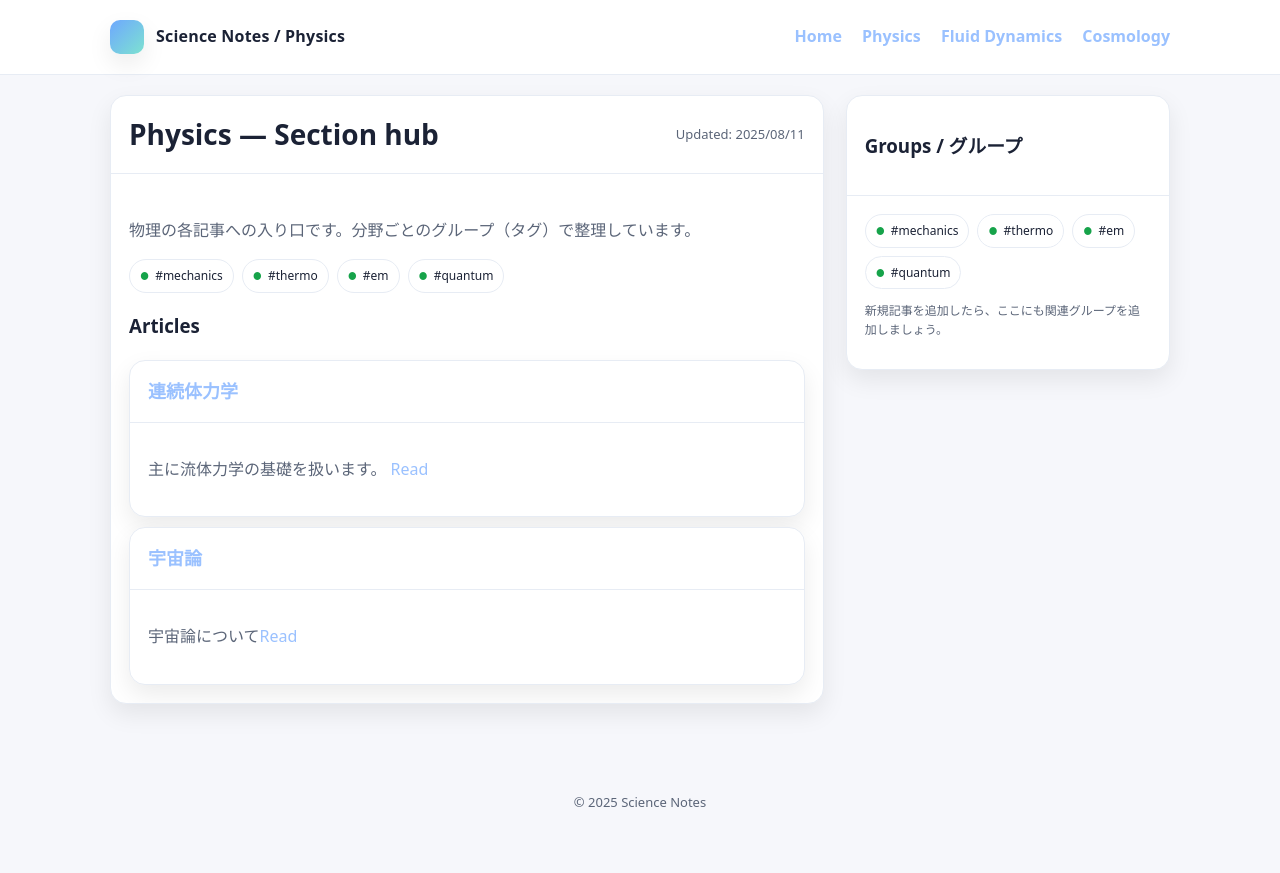
Repository: Riki-Mochimaru/tureduretunedune
Page: physics/index.html
These files come from the project's save history. The page is drawn as it stood at one moment and after the next save; the edit follows.
The browser window is 1280 px wide. The pictures show the whole page.

Above is the page before, as saved 2025-08-11 23:02:03.

After the next save:
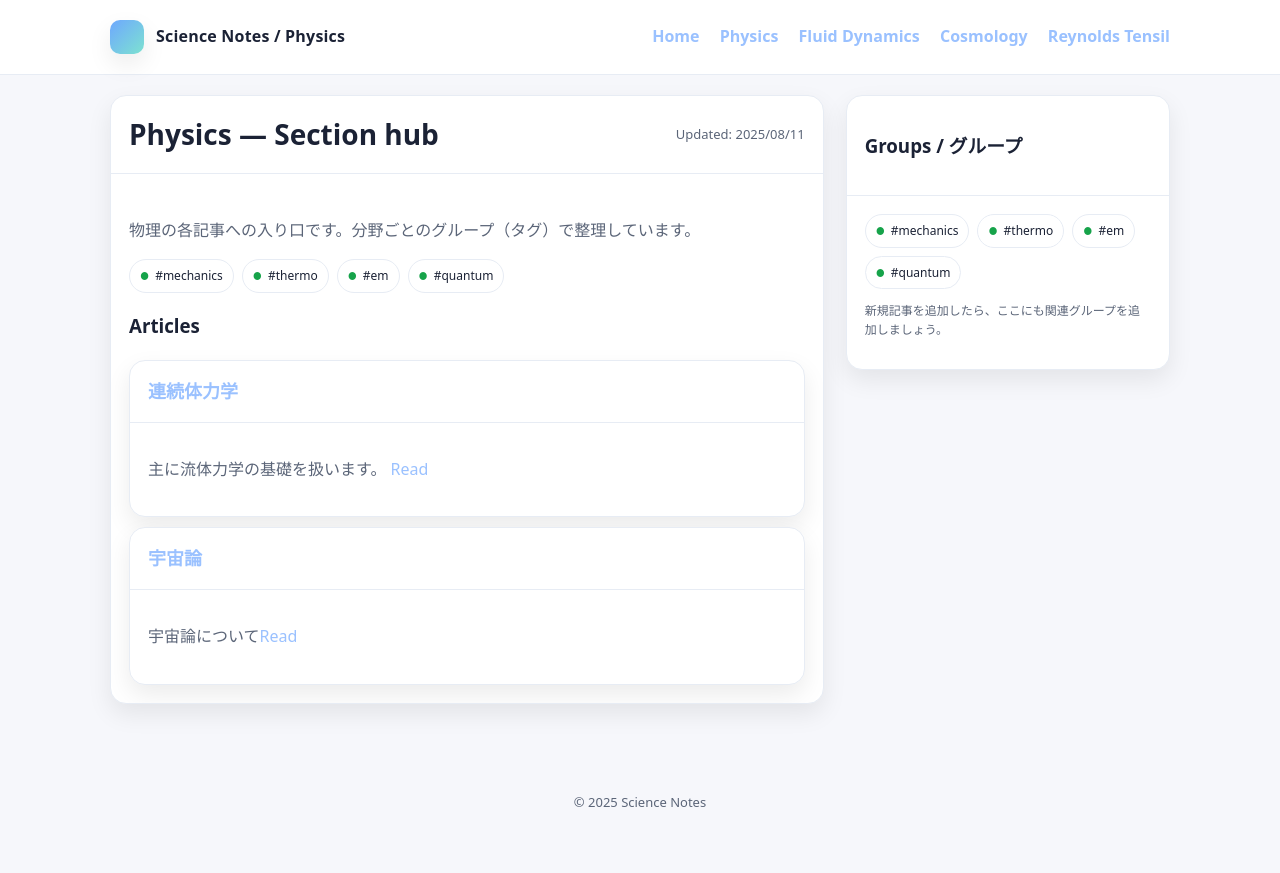
Saved 8 s later.
--- a/physics/index.html
+++ b/physics/index.html
@@ -20,7 +20,7 @@
         <a href="./">Physics</a>
         <a href="FluidDynamics/">Fluid Dynamics</a>
         <a href="Cosmology/">Cosmology</a>
-
+        <a href="ReynoldsTensil/">Reynolds Tensil</a>
       </nav>
     </div>
   </header>
